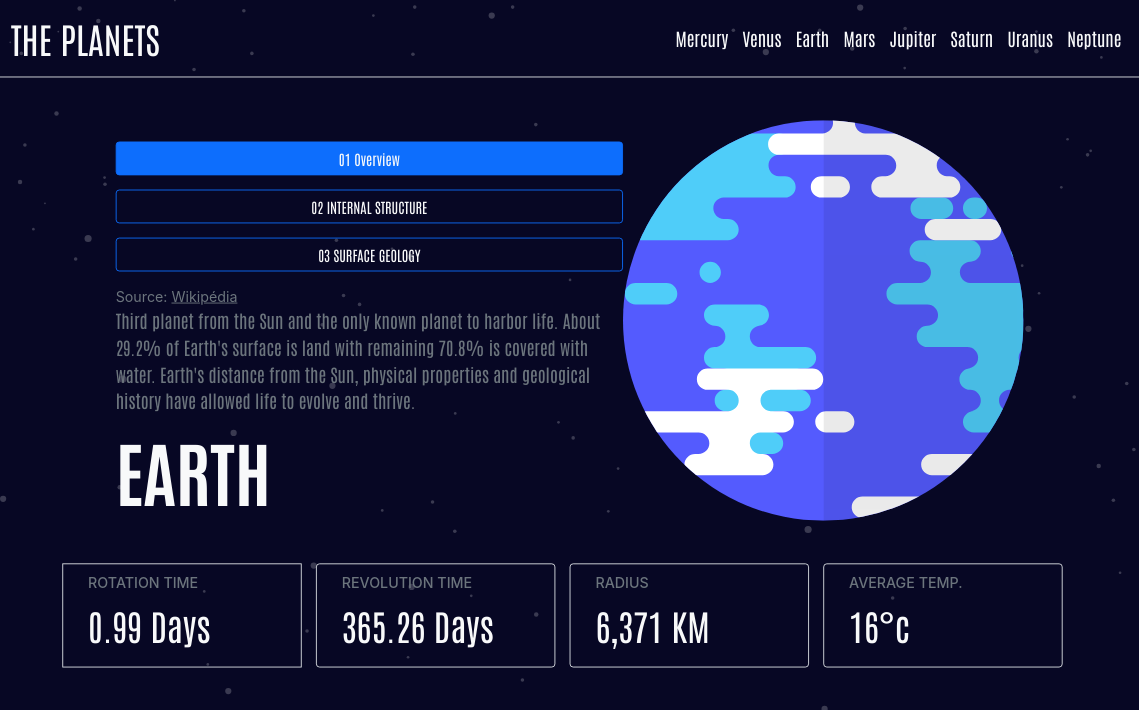
Repository: andre06x/the-planets
Page: /
An editor plug-in stored every save of this project. The page is shown before and after a run of saves, followed by the edit.
The browser window is 1280 px wide. The pictures show the whole page, at 89% of full size.
The project was rebuilt for these pictures with package versions that can differ from the ones it lists, and the page was loaded fresh each time.

Above is the page before, as saved 2021-10-18 23:05:08.

After the next 2 saves:
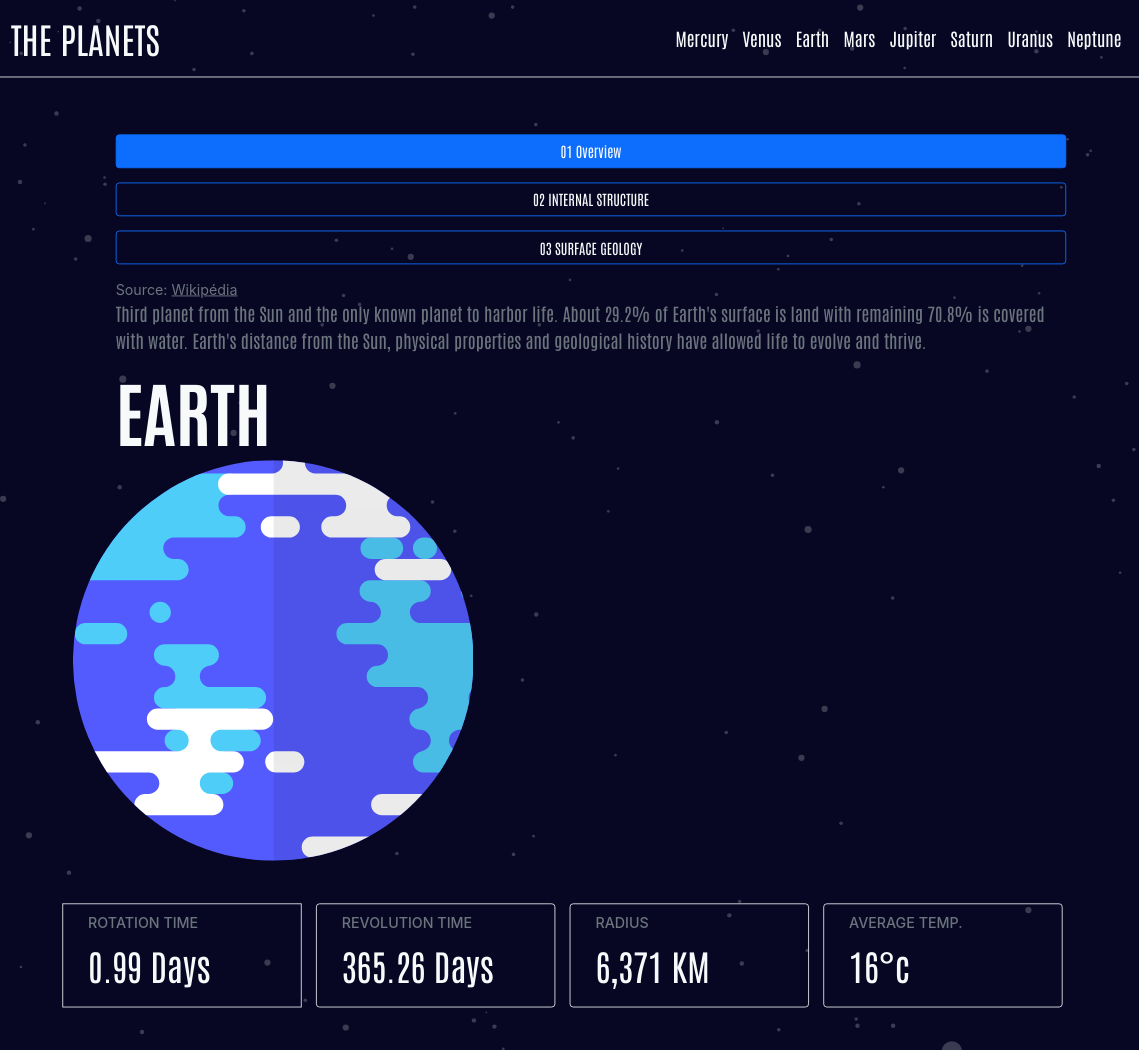
The 2 saves are shown as one change because they came seconds apart.
The last was saved 15 s later.
--- a/src/components/Container.js
+++ b/src/components/Container.js
@@ -42,9 +42,9 @@ const Container = () => {
   }, []);
 
   return (
-    <div className="container mt-5 flex-sm-column-reverse">
+    <div className="container mt-5">
       <div className="d-flex flex-column">
-        <div className="d-flex flex-sm-row-reverse justify-content-between">
+        <div className="d-flex flex-sm-column-reverse justify-content-between">
           <div className="me-5">
             <img src={imagee}alt="" />
           </div>
